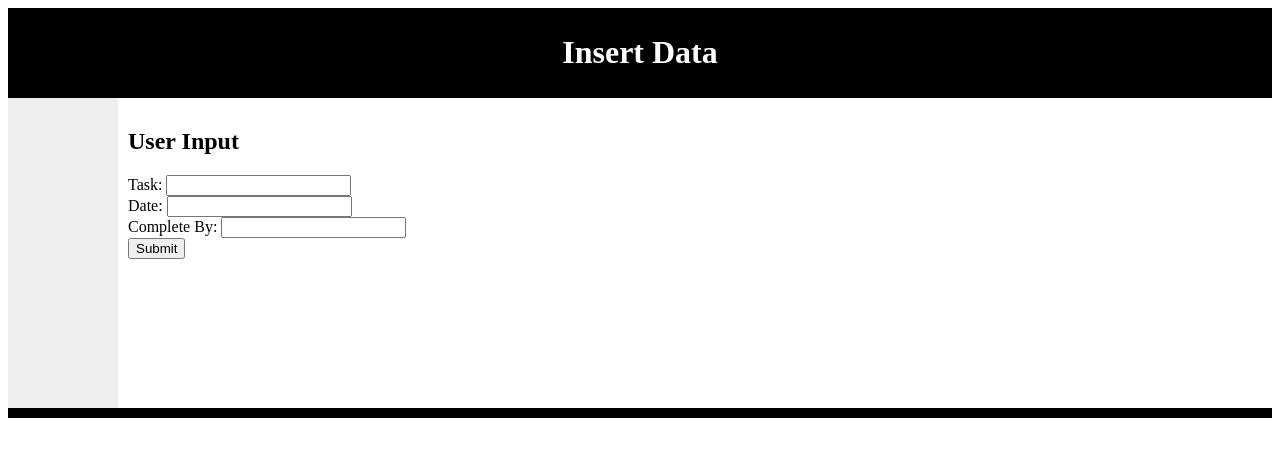
Repository: huappy/Tech-Exercise
Page: workspace4830-Tech_Exercise-Hausman/Tech_Exercise_Hausman/src/main/webapp/InsertTask.html
An editor plug-in stored every save of this project. The page is shown before and after the next save, followed by the edit.
The browser window is 1280 px wide. The pictures show the whole page.

Above is the page before, as saved 2023-03-23 09:35:22.

After the next save:
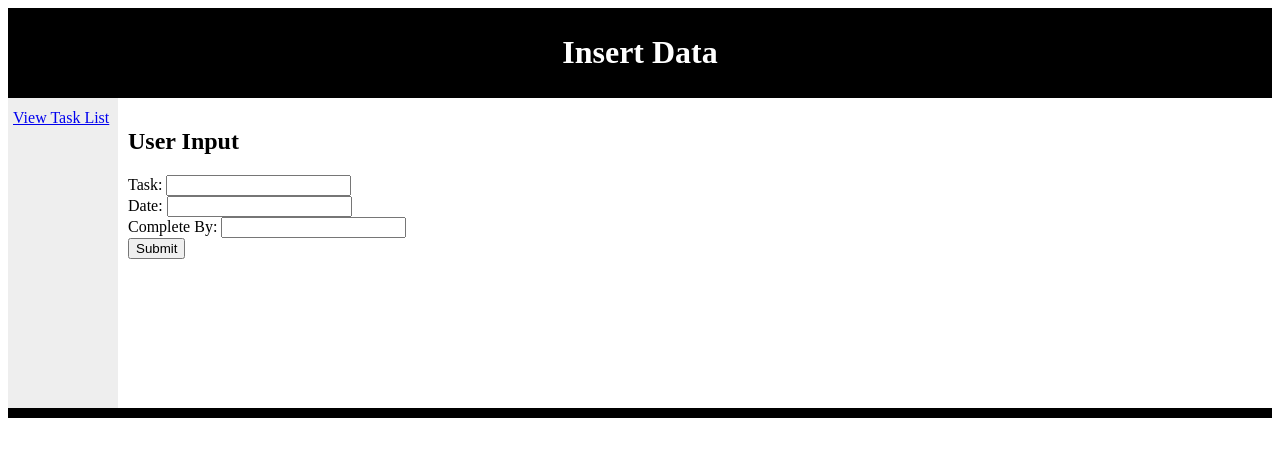
Saved 10 min 5 s later.
--- a/workspace4830-Tech_Exercise-Hausman/Tech_Exercise_Hausman/src/main/webapp/InsertTask.html
+++ b/workspace4830-Tech_Exercise-Hausman/Tech_Exercise_Hausman/src/main/webapp/InsertTask.html
@@ -36,7 +36,7 @@ footer {
 </header>
 
 <nav>
-
+<a href= \\Tech_Exercise_Hausman\\src\\main\\webapp\\TaskDisplay.html>View Task List</a>
 </nav>
 
 <section>
